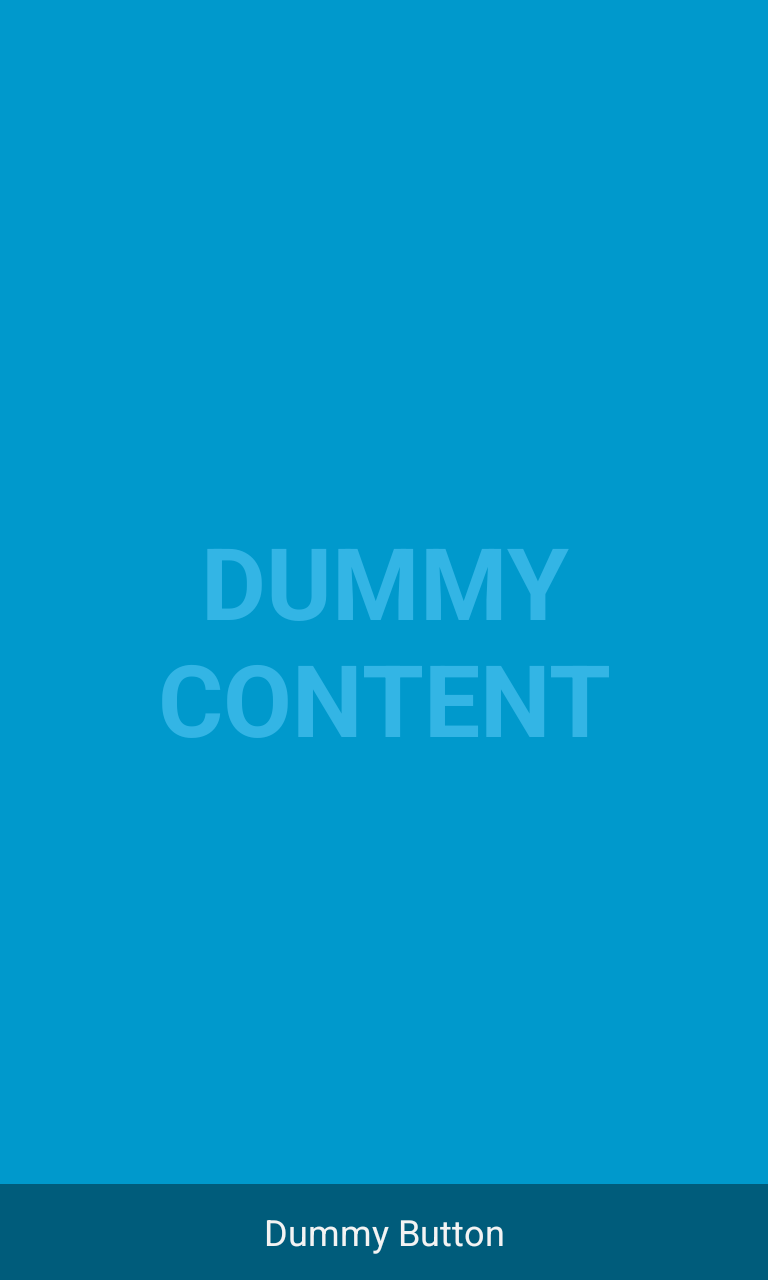
Repository: sebrockm/recuti
Layout: Recuti/res/layout/activity_main.xml
An editor plug-in stored every save of this project. The layout is shown before and after the next save, followed by the edit.
It is drawn on a 768 x 1280 px phone screen (xhdpi) without system bars, with theme FullscreenTheme; the app's code is not run.

Above is the layout before, as saved 2014-06-12 22:27:23.

### Recuti/res/layout/activity_main.xml
<FrameLayout xmlns:android="http://schemas.android.com/apk/res/android"
    xmlns:tools="http://schemas.android.com/tools"
    android:layout_width="match_parent"
    android:layout_height="match_parent"
    android:background="#0099cc"
    tools:context=".MainActivity" >

    <!--
         The primary full-screen view. This can be replaced with whatever view
         is needed to present your content, e.g. VideoView, SurfaceView,
         TextureView, etc.
    -->

    <TextView
        android:id="@+id/fullscreen_content"
        android:layout_width="match_parent"
        android:layout_height="match_parent"
        android:gravity="center"
        android:keepScreenOn="true"
        android:text="@string/dummy_content"
        android:textColor="#33b5e5"
        android:textSize="50sp"
        android:textStyle="bold" />

    <!--
         This FrameLayout insets its children based on system windows using
         android:fitsSystemWindows.
    -->

    <FrameLayout
        android:layout_width="match_parent"
        android:layout_height="match_parent"
        android:fitsSystemWindows="true" >

        <LinearLayout
            android:id="@+id/fullscreen_content_controls"
            style="?buttonBarStyle"
            android:layout_width="match_parent"
            android:layout_height="wrap_content"
            android:layout_gravity="bottom|center_horizontal"
            android:background="@color/black_overlay"
            android:orientation="horizontal"
            tools:ignore="UselessParent" >

            <Button
                android:id="@+id/dummy_button"
                style="?buttonBarButtonStyle"
                android:layout_width="0dp"
                android:layout_height="wrap_content"
                android:layout_weight="1"
                android:text="@string/dummy_button" />
        </LinearLayout>
    </FrameLayout>

</FrameLayout>

### Recuti/res/values/strings.xml
<?xml version="1.0" encoding="utf-8"?>
<resources>

    <string name="app_name">Recuti</string>
    <string name="dummy_button">Dummy Button</string>
    <string name="dummy_content">DUMMY\nCONTENT</string>

</resources>

Loaded but not shown: Recuti/res/values-v11/styles.xml (common file); Recuti/res/values/styles.xml (common file); Recuti/res/values/colors.xml (common file)

After the next save:
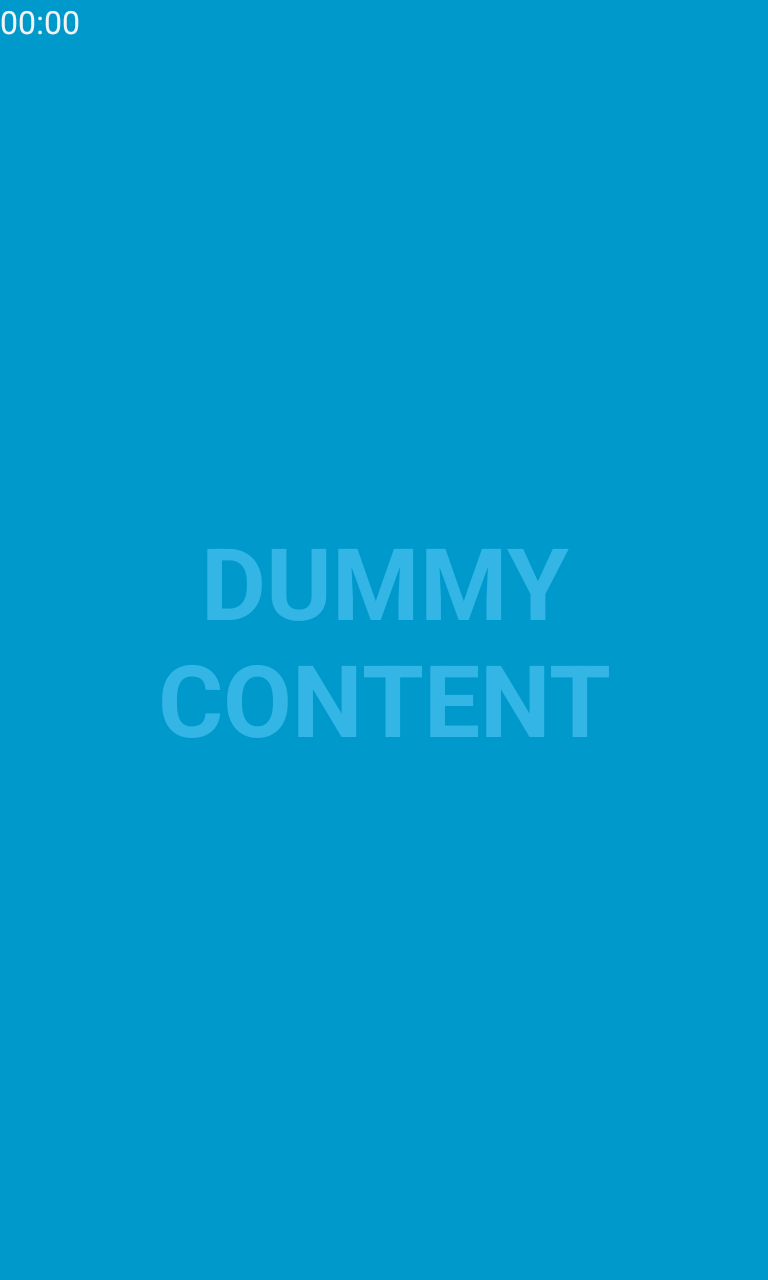
Saved 34 min 48 s later.
--- a/Recuti/res/layout/activity_main.xml
+++ b/Recuti/res/layout/activity_main.xml
@@ -27,29 +27,10 @@
          android:fitsSystemWindows.
     -->
 
-    <FrameLayout
+    <Chronometer
+        android:id="@+id/chronometer1"
         android:layout_width="match_parent"
-        android:layout_height="match_parent"
-        android:fitsSystemWindows="true" >
-
-        <LinearLayout
-            android:id="@+id/fullscreen_content_controls"
-            style="?buttonBarStyle"
-            android:layout_width="match_parent"
-            android:layout_height="wrap_content"
-            android:layout_gravity="bottom|center_horizontal"
-            android:background="@color/black_overlay"
-            android:orientation="horizontal"
-            tools:ignore="UselessParent" >
-
-            <Button
-                android:id="@+id/dummy_button"
-                style="?buttonBarButtonStyle"
-                android:layout_width="0dp"
-                android:layout_height="wrap_content"
-                android:layout_weight="1"
-                android:text="@string/dummy_button" />
-        </LinearLayout>
-    </FrameLayout>
+        android:layout_height="69dp"
+        android:text="Chronometer" />
 
 </FrameLayout>

After the save that followed:
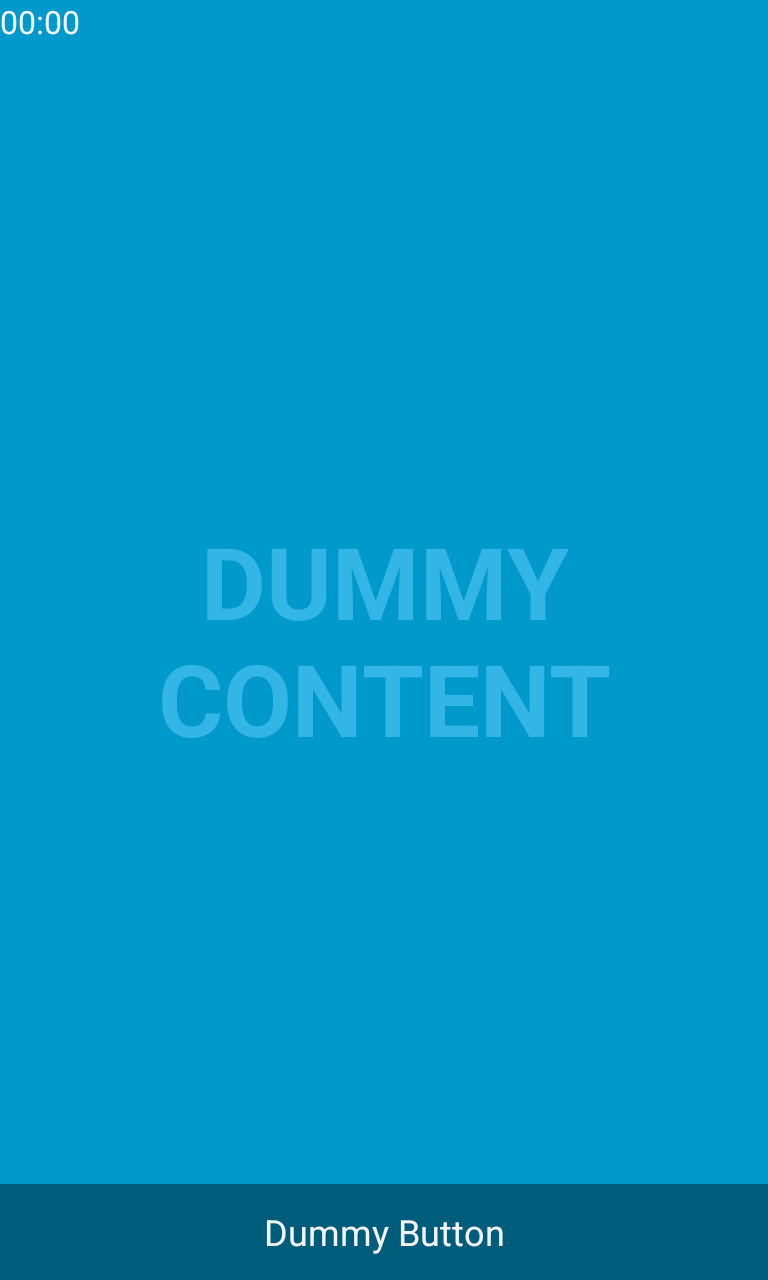
Saved 26 s later.
--- a/Recuti/res/layout/activity_main.xml
+++ b/Recuti/res/layout/activity_main.xml
@@ -27,10 +27,43 @@
          android:fitsSystemWindows.
     -->
 
-    <Chronometer
-        android:id="@+id/chronometer1"
+    <FrameLayout
         android:layout_width="match_parent"
-        android:layout_height="69dp"
-        android:text="Chronometer" />
+        android:layout_height="match_parent"
+        android:fitsSystemWindows="true" >
+
+        <LinearLayout
+            android:id="@+id/fullscreen_content_controls"
+            style="?buttonBarStyle"
+            android:layout_width="match_parent"
+            android:layout_height="wrap_content"
+            android:layout_gravity="bottom|center_horizontal"
+            android:background="@color/black_overlay"
+            android:orientation="horizontal"
+            tools:ignore="UselessParent" >
+
+            <Button
+                android:id="@+id/dummy_button"
+                style="?buttonBarButtonStyle"
+                android:layout_width="0dp"
+                android:layout_height="wrap_content"
+                android:layout_weight="1"
+                android:text="@string/dummy_button" />
+        </LinearLayout>
+
+        <LinearLayout
+            android:layout_width="match_parent"
+            android:layout_height="61dp"
+            android:orientation="vertical" >
+
+            <Chronometer
+                android:id="@+id/chronometer1"
+                android:layout_width="match_parent"
+                android:layout_height="wrap_content"
+                android:layout_weight="1.28"
+                android:text="Chronometer" />
+        </LinearLayout>
+
+    </FrameLayout>
 
 </FrameLayout>
